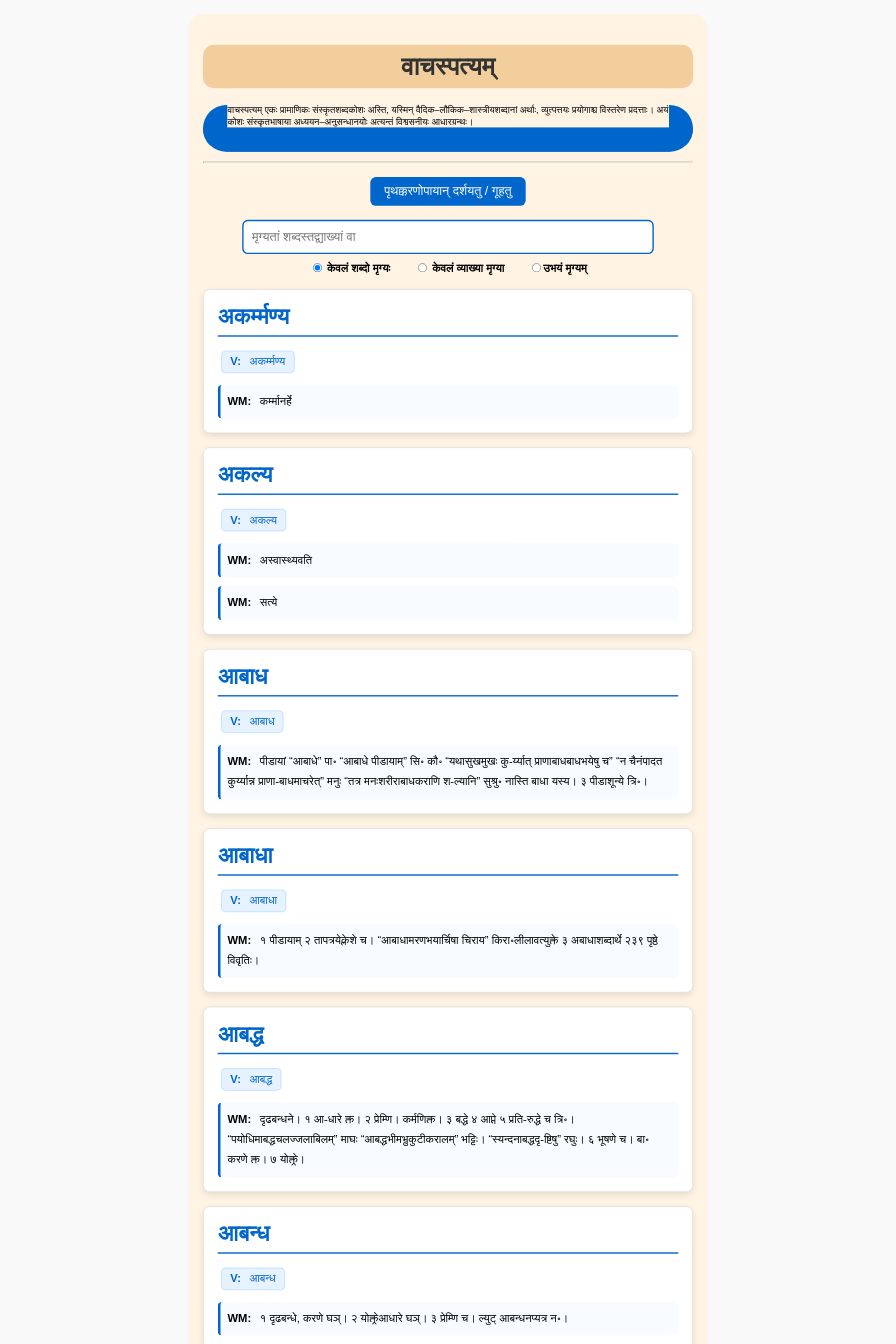
Repository: sanskritsphere/vachaspatyam-demo
Page: index.html
These files come from the project's save history. The page is drawn as it stood at one moment and after the next save; the edit follows.
The browser window is 1280 px wide. The pictures show the part of the page from y = 0 to 1920 px (the page is 3478 px tall before and 3446 px after), at 70% of full size.

Above is the page before, as saved 2025-12-14 12:48:59.

After the next save:
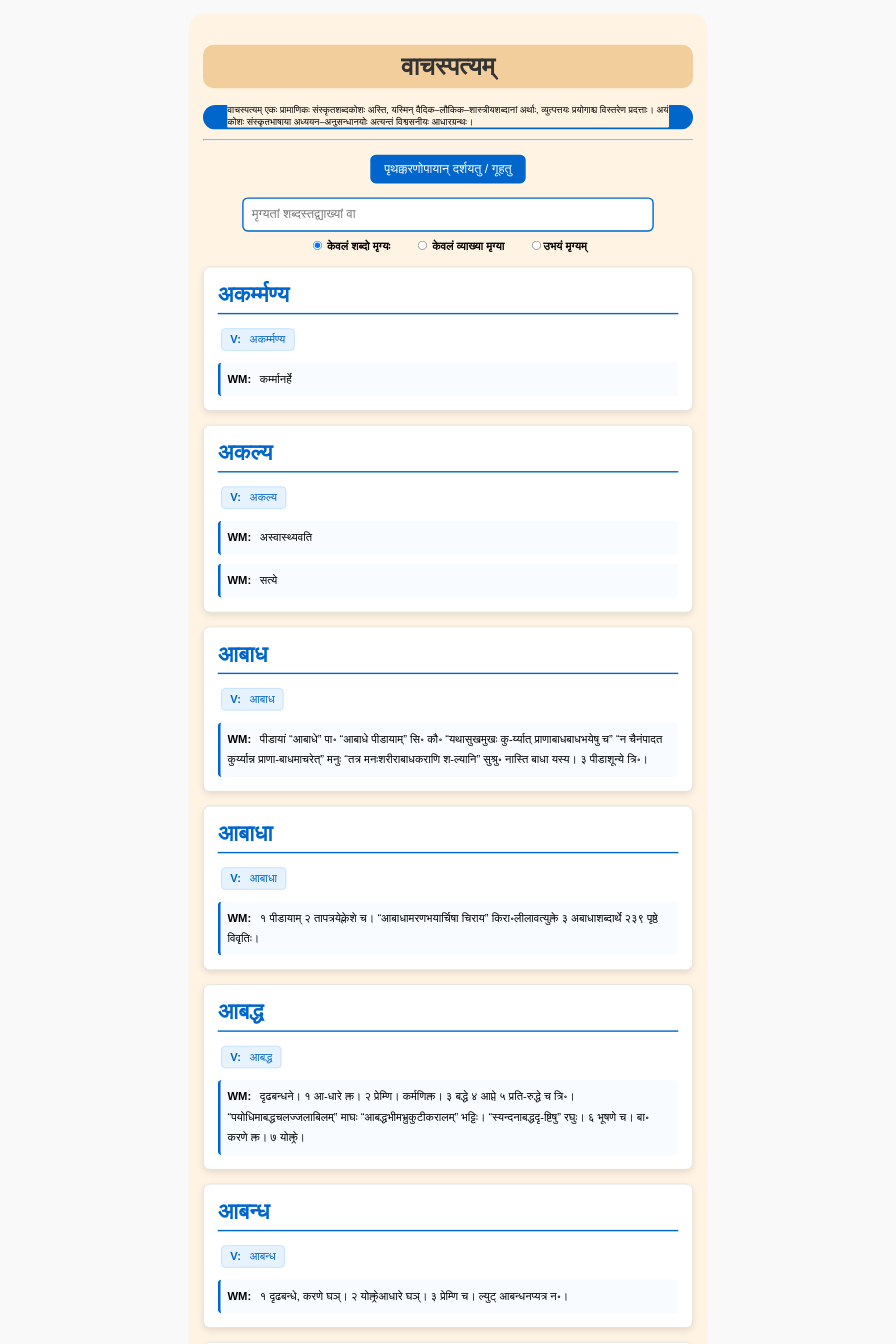
Saved 10 s later.
--- a/style.css
+++ b/style.css
@@ -33,7 +33,7 @@
             border-left: 35px solid #0066cc;
             border-radius: 100px ;
             border-right: 35px solid #0066cc;
-            border-bottom: 35px solid #0066cc;
+            border-bottom: 3px solid #0066cc;
         }
         #toggleFilters {
             display: block;
